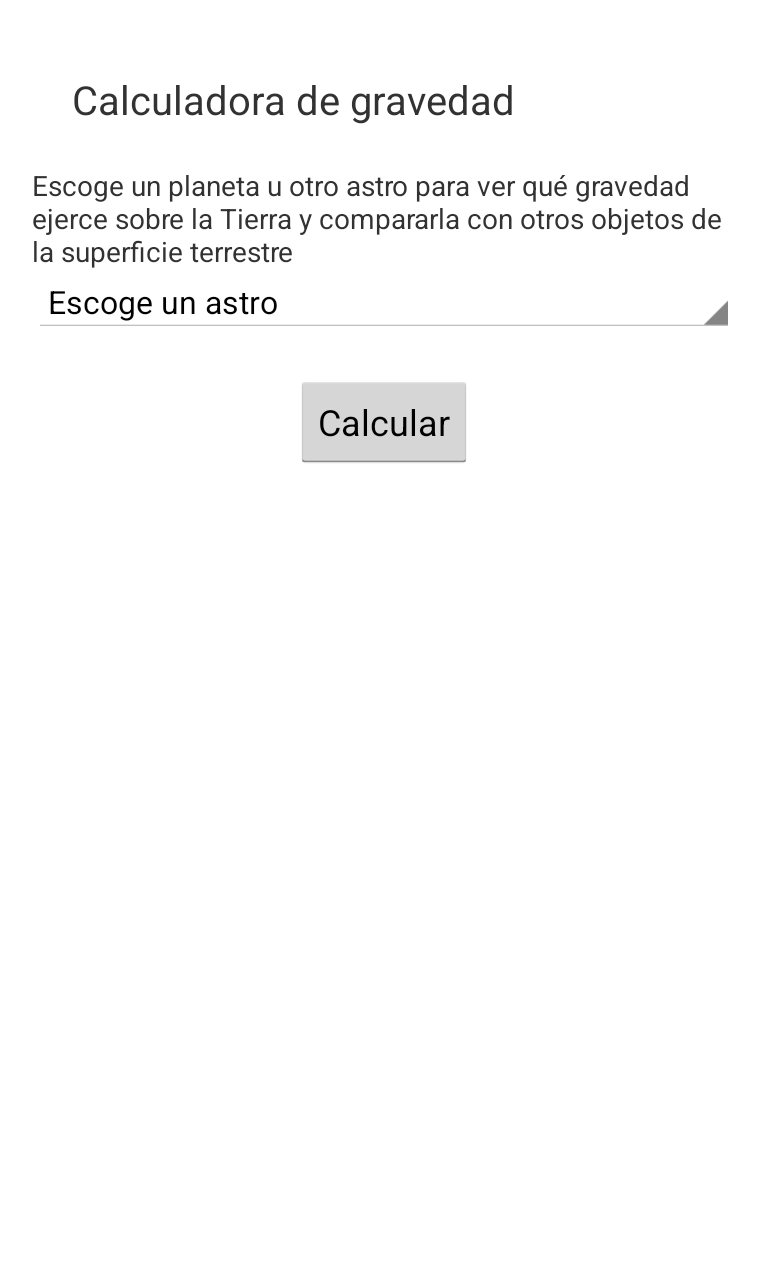
Repository: Jumax9/myPersonalNewton
Layout: MyPersonalNewton/res/layout/activity_main.xml
These files come from the project's save history. The layout is drawn as it stood at one moment and after the next save; the edit follows.
It is drawn on a 768 x 1280 px phone screen (xhdpi) without system bars, with theme AppTheme; the app's code is not run.

Above is the layout before, as saved 2014-03-15 12:15:39.

After the next save:
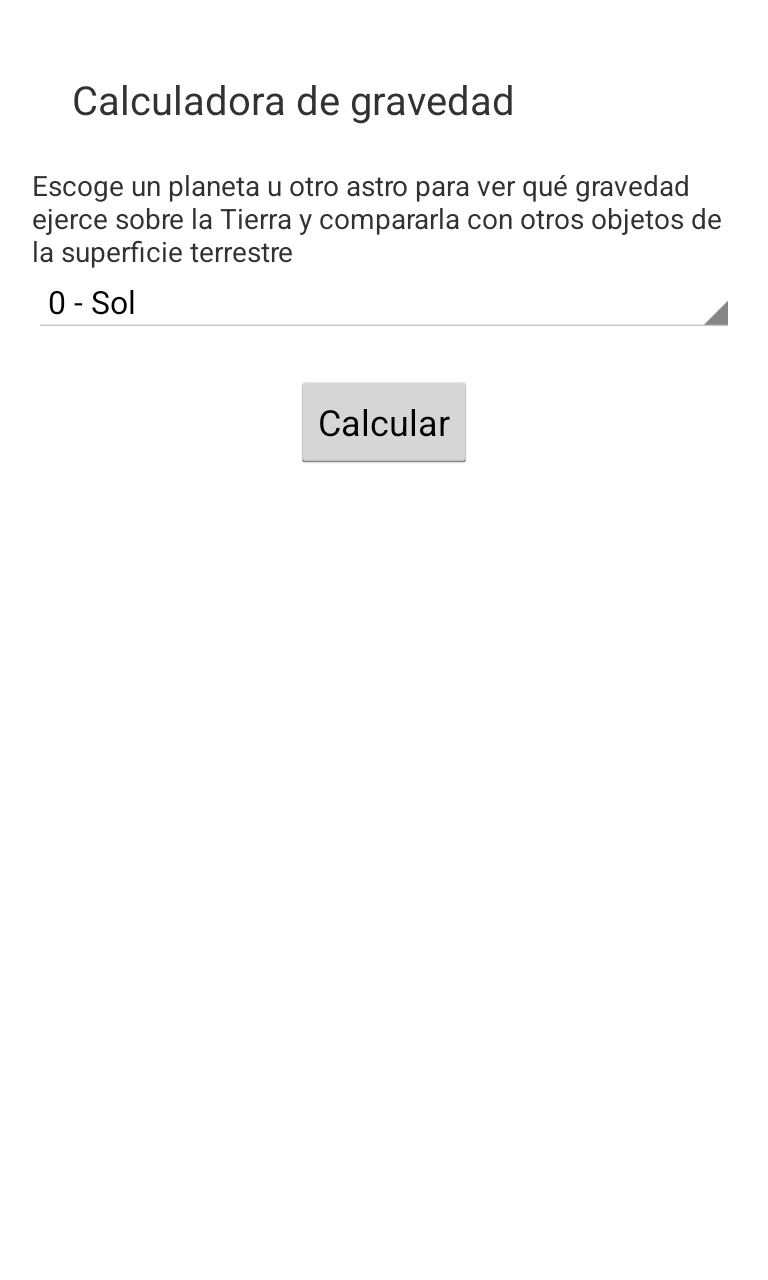
Saved 2 min 7 s later.
--- a/MyPersonalNewton/res/values/strings.xml
+++ b/MyPersonalNewton/res/values/strings.xml
@@ -14,7 +14,6 @@
     <string name="planet_prompt">Elige un astro</string>
 
     <string-array name="planet_array">
-        <item>Escoge un astro</item>
         <item>0 - Sol</item>
         <item>1 - Mercurio</item>
         <item>2 - Venus</item>
